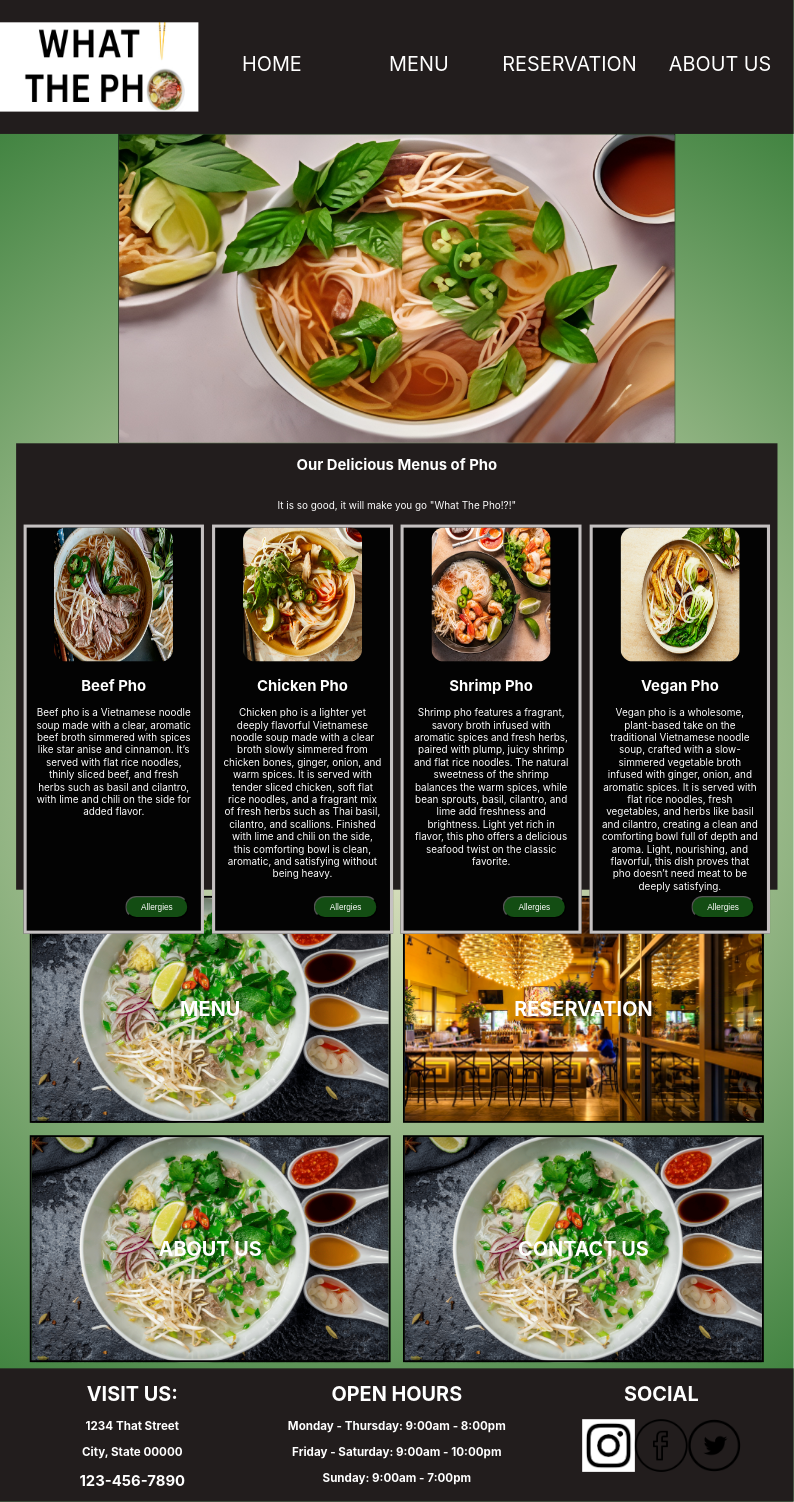
Repository: NguyenkhDang/Restaurant-Website
Page: /
An editor plug-in stored every save of this project. The page is shown before and after a run of saves, followed by the edit.
The browser window is 1280 px wide. The pictures show the whole page, at 62% of full size.
The project was rebuilt for these pictures with package versions that can differ from the ones it lists, and the page was loaded fresh each time.

Above is the page before, as saved 2026-01-16 18:51:12.

### src/App.js
import BackgroundImage from "./image/pho.jpg"
import BeefPho from "./image/beefPho.png"
import ChickenPho from "./image/chickenPho.jpg"
import ShrimpPho from "./image/shrimpPho.png"
import VeganPho from "./image/veganPho.jpg"
import './App.css';

import NavigationBar from './NavigationBar';
import Footer from "./Footer"

import ReadMore from "./Readmore"
import SectionContainer from "./SectionContainer"
function App() {


  return (
    <div className="home">
      <NavigationBar />
      <img
        src={BackgroundImage}
        style={{maxWidth: "70vw", height: "auto", border: "1px solid black"}}
        alt="Pho Photo"
        />


      <div className="menu">
        <h2>Our Delicious Menus of Pho</h2>
        <p>It is so good, it will make you go "What The Pho!?!"</p>
        <div className="foodContainer">
          <div>
            <ReadMore
            image={BeefPho}
            title="Beef Pho"
            description="Beef pho is a Vietnamese noodle soup made with a clear, aromatic beef broth simmered with spices like star anise and cinnamon. It’s served with flat rice noodles, thinly sliced beef, and fresh herbs such as basil and cilantro, with lime and chili on the side for added flavor."
            allergies={[
              "Soy: hoisin sauce, soy sauce",
              "Fish: fish sauce",
              "Gluten: possible in sauces",
              "Shellfish: may be present",
              "Spices: star anise, cinnamon, cloves"
            ]}
          />

          </div>
          <div>
            <ReadMore
            image={ChickenPho}
            title="Chicken Pho"
            description="Chicken pho is a lighter yet deeply flavorful Vietnamese noodle soup made with a clear broth slowly simmered from chicken bones, ginger, onion, and warm spices. It is served with tender sliced chicken, soft flat rice noodles, and a fragrant mix of fresh herbs such as Thai basil, cilantro, and scallions. Finished with lime and chili on the side, this comforting bowl is clean, aromatic, and satisfying without being heavy."
            allergies={[
              "Soy: sauces",
              "Fish: fish sauce",
              "Spices: ginger, coriander"
            ]}
          />
          </div>
          <div>
            <ReadMore
            image={ShrimpPho}
            title="Shrimp Pho"
            description="Shrimp pho features a fragrant, savory broth infused with aromatic spices and fresh herbs, paired with plump, juicy shrimp and flat rice noodles. The natural sweetness of the shrimp balances the warm spices, while bean sprouts, basil, cilantro, and lime add freshness and brightness. Light yet rich in flavor, this pho offers a delicious seafood twist on the classic favorite."
            allergies={[
              "Shellfish: shrimp",
              "Fish: fish sauce",
              "Soy: sauces"
            ]}
          />
          </div>
          <div>
            <ReadMore
            image={VeganPho}
            title="Vegan Pho"
            description="Vegan pho is a wholesome, plant-based take on the traditional Vietnamese noodle soup, crafted with a slow-simmered vegetable broth infused with ginger, onion, and aromatic spices. It is served with flat rice noodles, fresh vegetables, and herbs like basil and cilantro, creating a clean and comforting bowl full of depth and aroma. Light, nourishing, and flavorful, this dish proves that pho doesn’t need meat to be deeply satisfying."
            allergies={[
              "Soy: tofu, sauces",
              "Gluten: possible in sauces"
            ]}
          />
          </div>
        </div>
      </div>
      <SectionContainer />
      <Footer />
  </div>
);
}

export default App;

### src/App.css
html{
  -ms-overflow-style: none;  /* IE and Edge */
  scrollbar-width: none;
}

.home {
  display: grid;
  margin: 0;
  padding: 0;

  background: radial-gradient(
    circle,
    rgba(245, 240, 213, 1) 0%,
    rgba(38, 115, 42, 1) 100%
  );
  place-items: center;
  text-align: center;
  color: white;
}

.menu {
  display: grid;
  grid-template-rows: repeat(3, 1fr);
  place-items: center;
  gap: 5px;

  width: 96vw;
  height: 100vh;
  margin: 0 2vw;

  background-color: rgb(34, 29, 29);
}

.foodContainer {
  display: grid;
  grid-template-columns: repeat(4, 1fr);
  place-items: center;
  height: auto;
  gap: 1vw;
  padding: 0;
}


#label{
  font-weight: bolder;
  font-size: 1.25em;
}
html::-webkit-scrollbar {
  display: none;
}

### src/NavigationBar.js
import "./CSS/NavigationBar.css"
import Logo from "./image/CustomLogo2.png"
const NavigationBar = () =>{



  return (
    <div className="navbar">
      <div className="logoImage">
        <img src= {Logo} />
      </div>
      <div className="wholeNavBar">
        <ul>
          <li>
            <a>HOME</a>
          </li>
          <li>
            <a>MENU</a>
          </li>
          <li>
            <a>RESERVATION</a>
          </li>
          <li>
            <a>ABOUT US</a>
          </li>
        </ul>

      </div>
    </div>
  )


}

export default NavigationBar

### src/Footer.js
import "./CSS/Footer.css"
import InstagramIcon from "./image/instagramIcon.png"
import FacebookIcon from "./image/facebookIcon.png"
import TwitterIcon from "./image/twitterIcon.png"
const Footer = () =>{

  return(
    <div className="footer">
      <div>
        <h1>VISIT US:</h1>
        <h3>1234 That Street</h3>
        <h3>City, State 00000</h3>

        <h2>123-456-7890</h2>
      </div>
      <div>
        <h1>OPEN HOURS</h1>
        <h3>Monday - Thursday: 9:00am - 8:00pm</h3>
        <h3>Friday - Saturday: 9:00am - 10:00pm</h3>
        <h3>Sunday: 9:00am - 7:00pm</h3>
      </div>
      <div>
        <h1>SOCIAL</h1>
        <a href="https://www.instagram.com/" target="_blank"><img src={InstagramIcon}/></a>
        <a href="https://www.facebook.com/" target="_blank"><img src={FacebookIcon}/></a>
        <a href="https://x.com/" target="_blank"><img src={TwitterIcon}/></a>
      </div>

    </div>
  )

}

export default Footer

### src/Readmore.js
import { useState } from "react";
import "./CSS/Readmore.css"
function ReadMore({ image, title, description, allergies }) {
  const [showMore, setShowMore] = useState(false);

  return (
    <div className={`descriptionContainer ${showMore ? "isExpand ": ""}`}>
      <img src={image} style={{ width: "15vw", height: "30vh" }} alt={title} />

      <h2>{title}</h2>

      <p>
        {description}

        {showMore && (
          <ul className="list">
            {allergies.map((item, index) => (
              <li key={index}>{item}</li>
            ))}
          </ul>
        )}
      </p>

      <button onClick={() => setShowMore(!showMore)}>
        {showMore ? "Close" : "Allergies"}
      </button>
    </div>
  );
}
export default ReadMore;

### src/SectionContainer.js
import "./CSS/SectionContainer.css"

import MenuImage from "./image/menuImage.jpg"
import ReservationImage from "./image/reservationImage.jpg"
const SectionContainer = ()=>{

  return(
    <div className="containerMain">
      <div style={{ backgroundImage: `url(${MenuImage})`}}>
        <h1>MENU</h1>
      </div>
      <div style={{ backgroundImage: `url(${ReservationImage})`}}>
        <h1>RESERVATION</h1>
      </div>
      <div style={{ backgroundImage: `url(${MenuImage})`}}>
        <h1>ABOUT US</h1>
      </div>
      <div style={{ backgroundImage: `url(${MenuImage})`}}>
        <h1>CONTACT US</h1>
      </div>
    </div>
  )
}

export default SectionContainer;

### src/CSS/NavigationBar.css
.navbar{
  background-color: rgb(34, 29, 29);
  display: grid;
  grid-template-columns: 25% 75%;
  width: 100vw;
  height: 25vh;
  padding-top: 5vh;
}
.wholeMavBar{
  float: right;
  height: 10vh;
}

.logoImage img{
  height: 20vh;
  width: 25vw;
  object-fit: fill;
  object-position: center;
}

ul{
  align-items: center;
  list-style-type: none;
  display: grid;
  place-items: center;
  grid-template-columns: 1fr 1fr 1fr 1fr;
  margin-top: 5%;
  padding: 0;
}
li a{
  font-size: 2em;
  text-align: center;
  padding: 14px 16px;
}

li a:hover{
  background-color: #c5b1b1;
}

### src/CSS/Footer.css
.footer{
  background-color: rgb(34, 29, 29);
  display: grid;
  grid-template-columns: repeat(3, 1fr);
  width: 100vw;
}

.footer img{
  width: 20%;
}

### src/CSS/Readmore.css
.descriptionContainer{
  display: block;
  width: 20vw;
  height: auto;
  min-height: 650px;
  padding-top: 2.5vh;
  position: relative;
  overflow: hidden;
  transition: all 0.5s ease-in-out;
  background-color: rgb(3, 3, 3);
  border: 5px solid rgb(197, 193, 193);
  padding: 0 1vw;
  margin-bottom: 50px ;
}
.descriptionContainer.isExpand{
  min-height: 720px;
}
.descriptionContainer img{
  width: 20%;
  height: 20%;
  border-radius: 20px;
}
.list{
  display: grid;
  grid-template-columns: repeat(1, 1fr);
}
.list li{
  height: auto;
  width: 70%;
}

button{
  background-color: rgb(19, 77, 19);
  position: absolute;
  bottom: 20px;
  right: 20px;
  height: 5vh;
  width: 8vw;
  border-radius: 50px ;
  color: white
}

### src/CSS/SectionContainer.css
.containerMain{
  display: grid;
  grid-template-columns: repeat(2, 1fr);
  grid-template-rows: repeat(2, 1fr);
}

.containerMain div{
  display: flex;
  justify-content: center;
  align-items: center;
  text-align: center;
  width: 45vw;
  height: 50vh;
  margin: 10px;

  background-size: cover;
  background-position: center;
  background-repeat: no-repeat;

  border: 3px solid black;
}

Loaded but not shown: public/index.html (common file); src/index.js (common file); src/index.css (common file); src/reportWebVitals.js (common file)

After the next 2 saves:
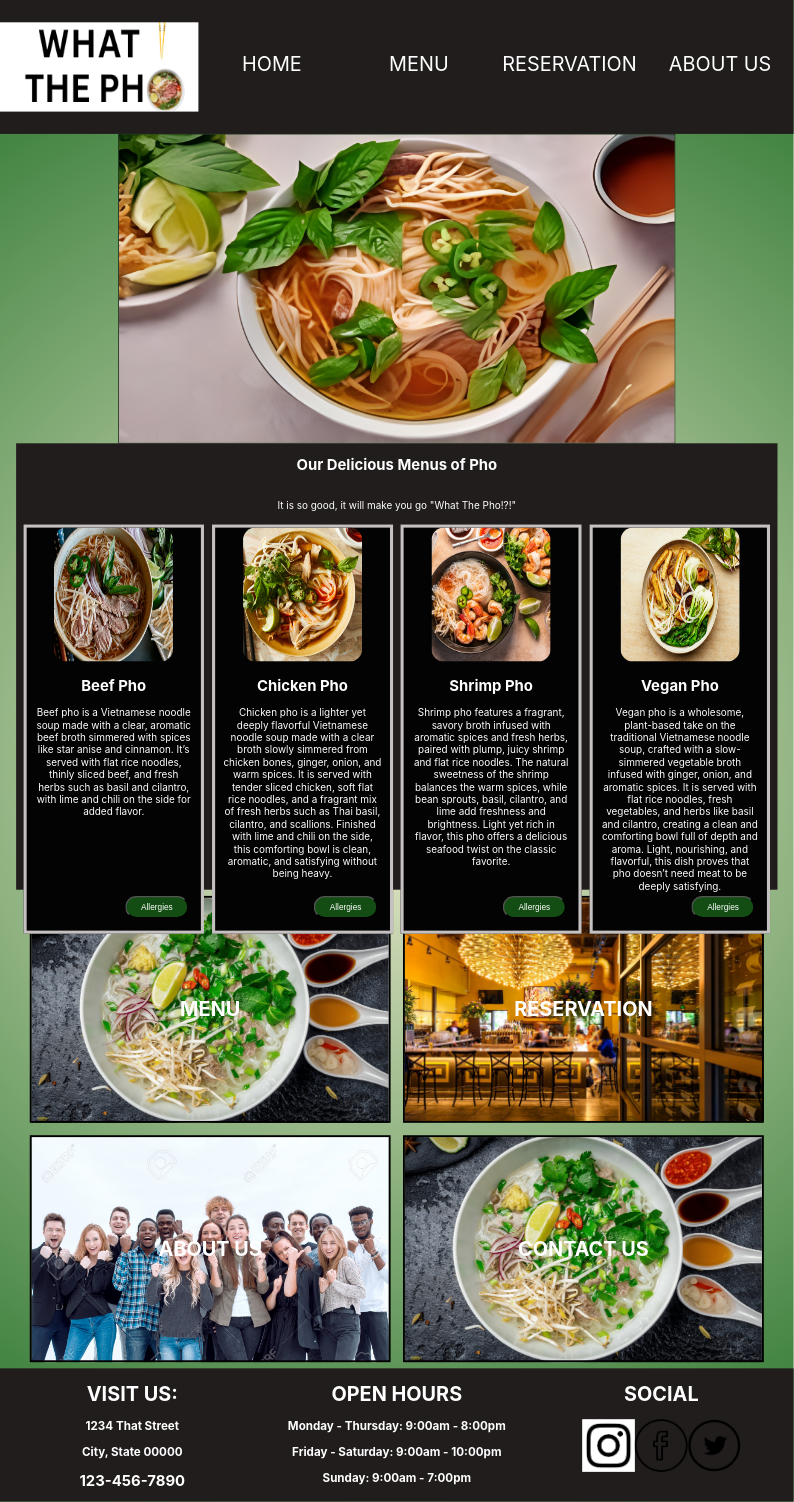
The 2 saves are shown as one change because they came seconds apart.
The last was saved 26 min 36 s later.
--- a/src/SectionContainer.js
+++ b/src/SectionContainer.js
@@ -2,6 +2,7 @@ import "./CSS/SectionContainer.css"
 
 import MenuImage from "./image/menuImage.jpg"
 import ReservationImage from "./image/reservationImage.jpg"
+import AboutUsImage from "./image/aboutusImage.jpg"
 const SectionContainer = ()=>{
 
   return(
@@ -12,7 +13,7 @@ const SectionContainer = ()=>{
       <div style={{ backgroundImage: `url(${ReservationImage})`}}>
         <h1>RESERVATION</h1>
       </div>
-      <div style={{ backgroundImage: `url(${MenuImage})`}}>
+      <div style={{ backgroundImage: `url(${AboutUsImage})`}}>
         <h1>ABOUT US</h1>
       </div>
       <div style={{ backgroundImage: `url(${MenuImage})`}}>
